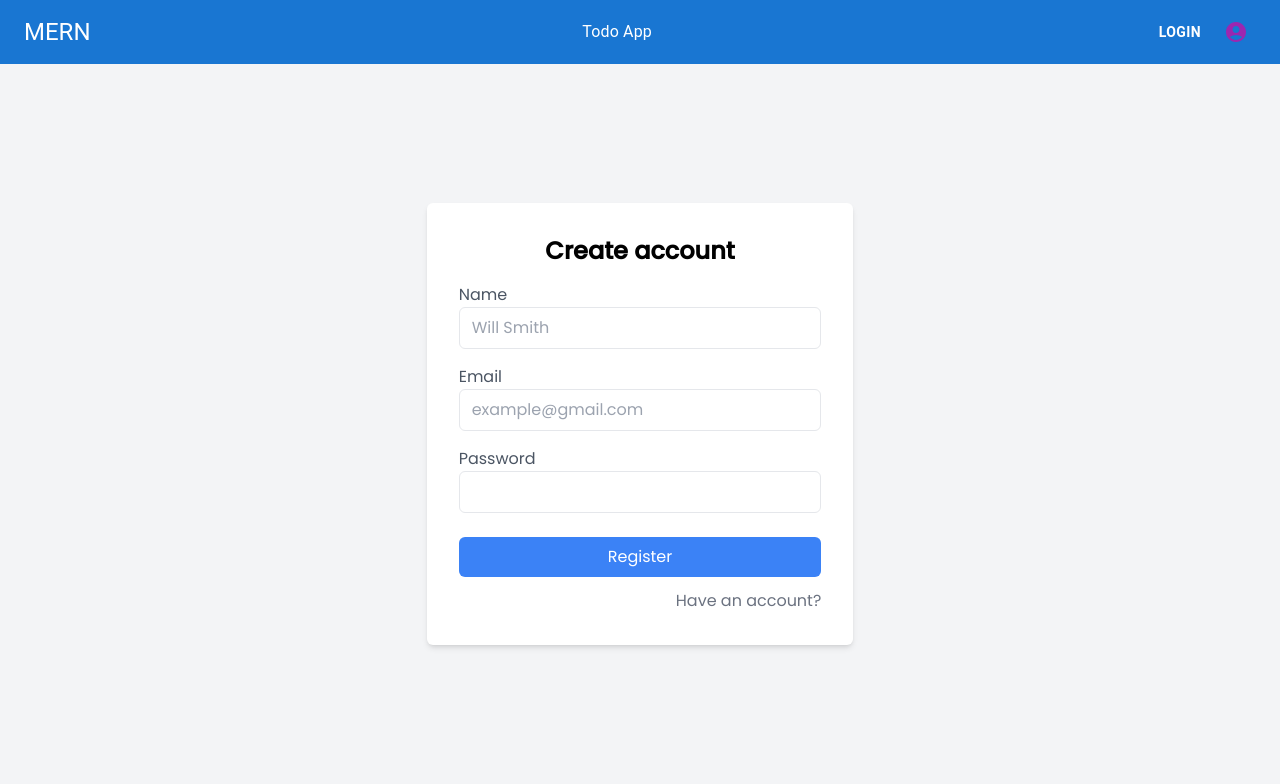
Repository: Nurlan-Bakenbaev/MERN--todo
Page: / (app in client/)
The author's editor kept a copy of each file at every save. The page is drawn from the files as they stood at one save, then again after the next save.
The browser window is 1280 px wide. The pictures show the whole page.
The project was rebuilt for these pictures with package versions that can differ from the ones it lists, and the page was loaded fresh each time. Also part of the build but not shown: client/vite.config.js, client/src/pages/Login.jsx, client/src/pages/Home.jsx.

Above is the page before, as saved 2023-10-17 14:22:00.

After the next save:
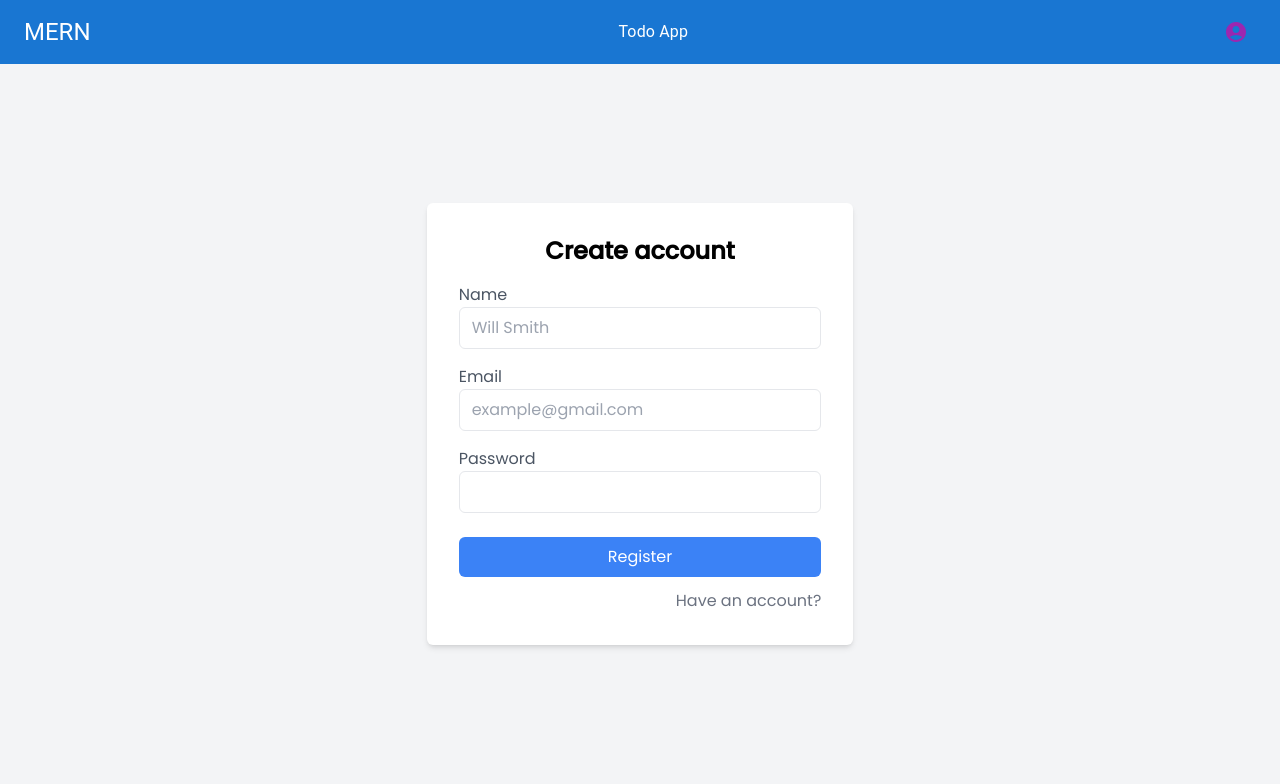
Saved 31 s later.
--- a/client/src/components/Navbar.jsx
+++ b/client/src/components/Navbar.jsx
@@ -21,14 +21,7 @@
           <Typography component="div">Todo App</Typography>
           <Box>
             <Link to="/login">
-              <Button
-                sx={{
-                  color: "white",
-                  padding: "5px 15px 5px 15px",
-                  fontWeight: "bolder",
-                }}>
-                Login
-              </Button>
+
             </Link>
             <IconButton aria-label="account of current user" color="secondary">
               <AccountCircle fontSize="50px" />
